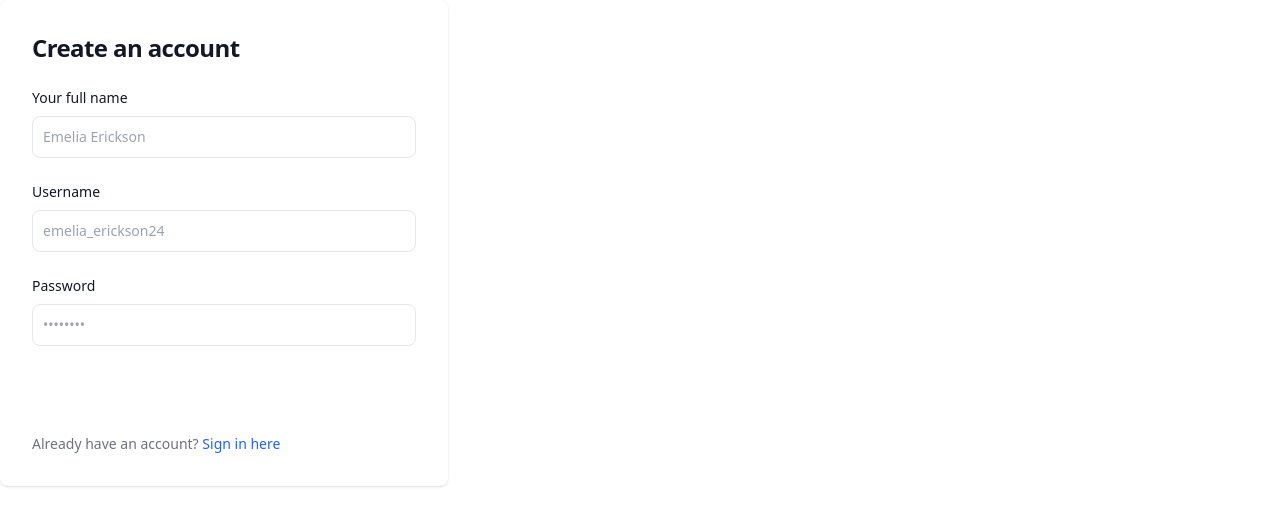
Repository: AdwaitSri/Kingston-Marketplace
Page: /signup (app in qhacks-24/)
The author's editor kept a copy of each file at every save. The page is drawn from the files as they stood at one save, then again after the next save.
The browser window is 1280 px wide. The pictures show the whole page.
The project was rebuilt for these pictures with package versions that can differ from the ones it lists, and the page was loaded fresh each time. Also part of the build but not shown: qhacks-24/src/components/HomeNavbar.js, qhacks-24/src/pages/Home.js.

Above is the page before, as saved 2024-02-02 20:35:50.

After the next save:
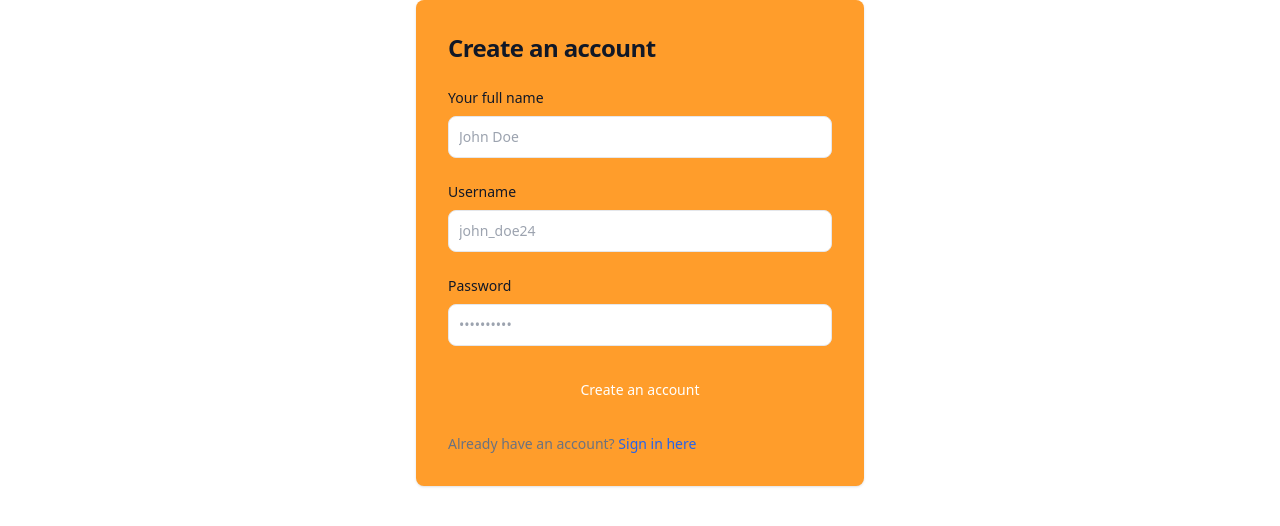
Saved 56 s later.
--- a/qhacks-24/src/pages/Signup.js
+++ b/qhacks-24/src/pages/Signup.js
@@ -1,9 +1,11 @@
 import React from "react";
 
 export default function Signup() {
+
+
     return (
     <div
-    class="w-full bg-white rounded-lg shadow dark:border md:mt-0 sm:max-w-md xl:p-0 dark:bg-gray-800 dark:border-gray-700">
+    class="w-full bg-orange-1 rounded-lg shadow dark:border md:mt-0 sm:max-w-md xl:p-0 dark:bg-gray-800 dark:border-gray-700 mx-auto mt-[10dvh]">
         <div class="p-6 space-y-4 md:space-y-6 sm:p-8">
         <h1 class="text-xl font-bold leading-tight tracking-tight text-gray-900 md:text-2xl dark:text-white">Create an
             account
@@ -11,18 +13,18 @@ export default function Signup() {
         <form class="space-y-4 md:space-y-6" method="POST">
             <div>
             <label for="name" class="block mb-2 text-sm font-medium text-gray-900 dark:text-white">Your full name</label>
-            <input type="text" name="name" id="name" class="bg-gray-50 border border-gray-300 text-gray-900 sm:text-sm rounded-lg focus:ring-blue-600 focus:border-blue-600 block w-full p-2.5 dark:bg-gray-700 dark:border-gray-600 dark:placeholder-gray-400 dark:text-white dark:focus:ring-blue-500 dark:focus:border-blue-500" placeholder="Emelia Erickson" required="">
+            <input type="text" name="name" id="name" class="bg-gray-50 border border-gray-300 text-gray-900 sm:text-sm rounded-lg focus:ring-blue-600 focus:border-blue-600 block w-full p-2.5 dark:bg-gray-700 dark:border-gray-600 dark:placeholder-gray-400 dark:text-white dark:focus:ring-blue-500 dark:focus:border-blue-500" placeholder="John Doe" required="">
             </input>
             </div>
             <div>
             <label for="username" class="block mb-2 text-sm font-medium text-gray-900 dark:text-white">Username</label>
-            <input type="text" name="username" id="username" class="bg-gray-50 border border-gray-300 text-gray-900 sm:text-sm rounded-lg focus:ring-blue-600 focus:border-blue-600 block w-full p-2.5 dark:bg-gray-700 dark:border-gray-600 dark:placeholder-gray-400 dark:text-white dark:focus:ring-blue-500 dark:focus:border-blue-500" placeholder="emelia_erickson24" required="">
+            <input type="text" name="username" id="username" class="bg-gray-50 border border-gray-300 text-gray-900 sm:text-sm rounded-lg focus:ring-blue-600 focus:border-blue-600 block w-full p-2.5 dark:bg-gray-700 dark:border-gray-600 dark:placeholder-gray-400 dark:text-white dark:focus:ring-blue-500 dark:focus:border-blue-500" placeholder="john_doe24" required="">
             </input>
             </div>
 
             <div>
             <label for="password" class="block mb-2 text-sm font-medium text-gray-900 dark:text-white">Password</label>
-            <input type="password" name="password" id="password" placeholder="••••••••" class="bg-gray-50 border border-gray-300 text-gray-900 sm:text-sm rounded-lg focus:ring-blue-600 focus:border-blue-600 block w-full p-2.5 dark:bg-gray-700 dark:border-gray-600 dark:placeholder-gray-400 dark:text-white dark:focus:ring-blue-500 dark:focus:border-blue-500" required="">
+            <input type="password" name="password" id="password" placeholder="••••••••••" class="bg-gray-50 border border-gray-300 text-gray-900 sm:text-sm rounded-lg focus:ring-blue-600 focus:border-blue-600 block w-full p-2.5 dark:bg-gray-700 dark:border-gray-600 dark:placeholder-gray-400 dark:text-white dark:focus:ring-blue-500 dark:focus:border-blue-500" required="">
             </input>
             </div>
 
